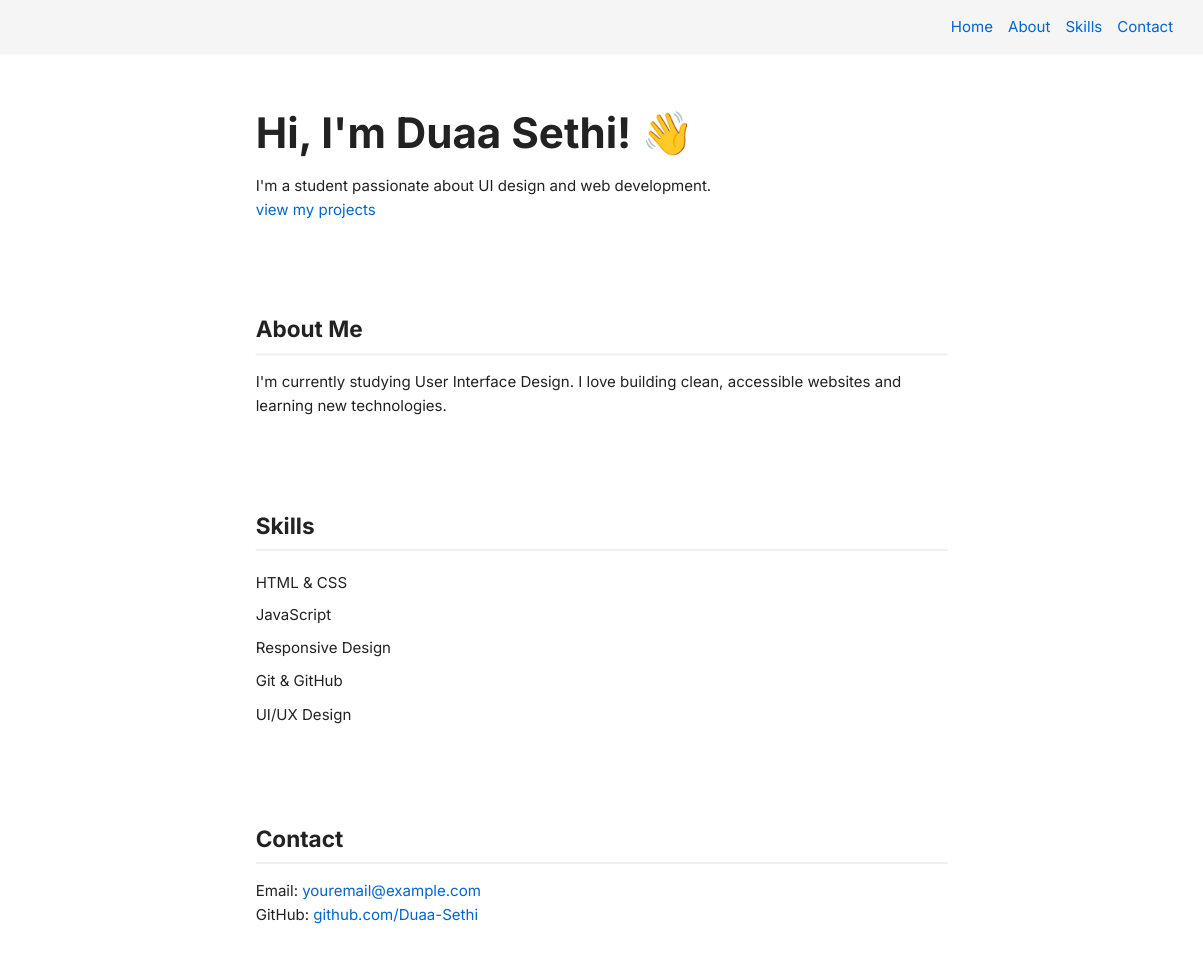
Repository: Duaa-Sethi/Duaa-Sethi
Page: index.html
An editor plug-in stored every save of this project. The page is shown before and after the next save, followed by the edit.
The browser window is 1280 px wide. The pictures show the whole page, at 94% of full size.

Above is the page before, as saved 2026-04-22 13:14:22.

After the next save:
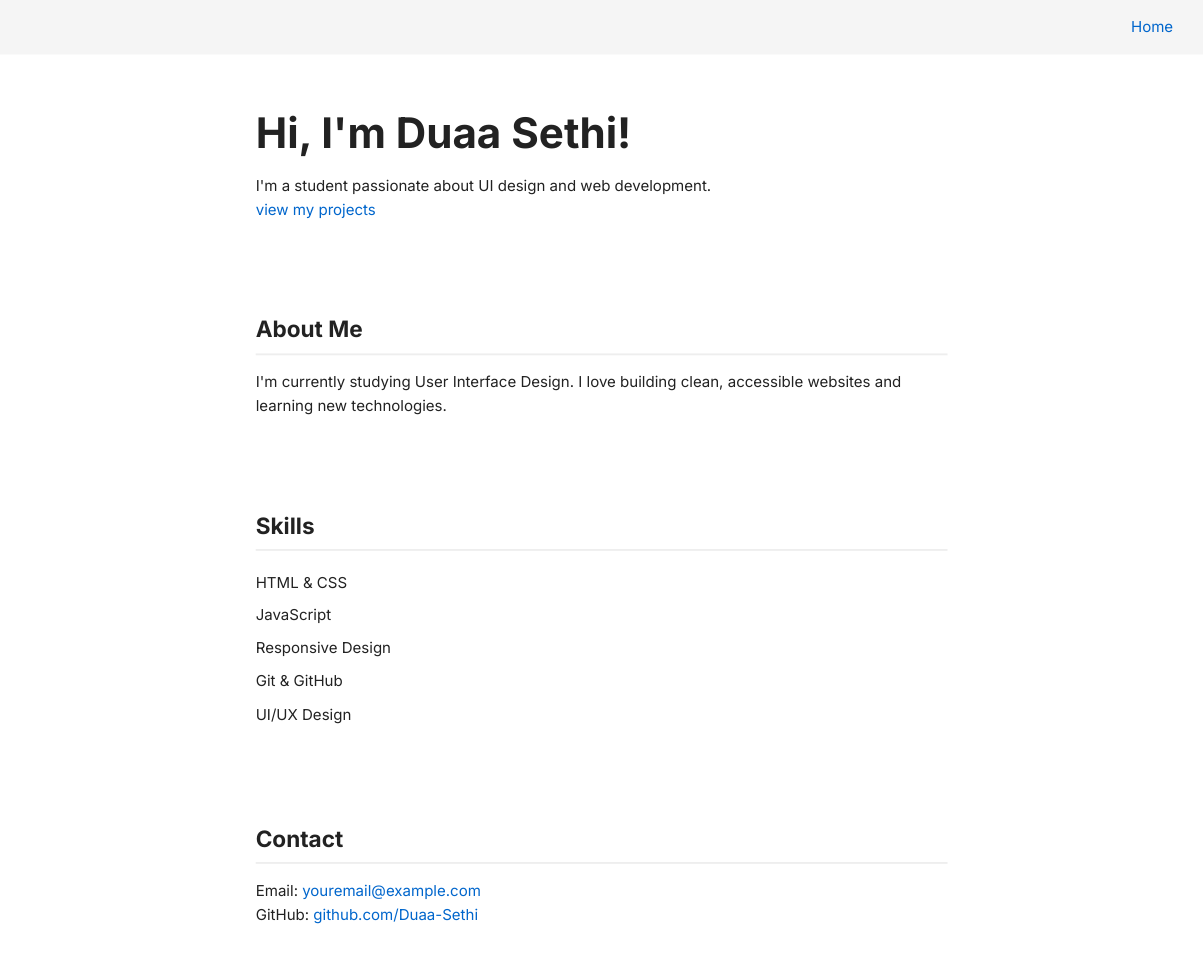
Saved 93 s later.
--- a/index.html
+++ b/index.html
@@ -15,14 +15,12 @@
     <!-- NAVIGATION -->
     <nav>
       <a href="#home">Home</a>
-      <a href="#about">About</a>
-      <a href="#skills">Skills</a>
-      <a href="#contact">Contact</a>
+
     </nav>
 
     <!-- HERO SECTION -->
     <section id="home">
-      <h1>Hi, I'm Duaa Sethi! 👋</h1>
+      <h1>Hi, I'm Duaa Sethi! </h1>
       <p>I'm a student passionate about UI design and web development.</p>
       <a href="#contact">view my projects</a>
     </section>
